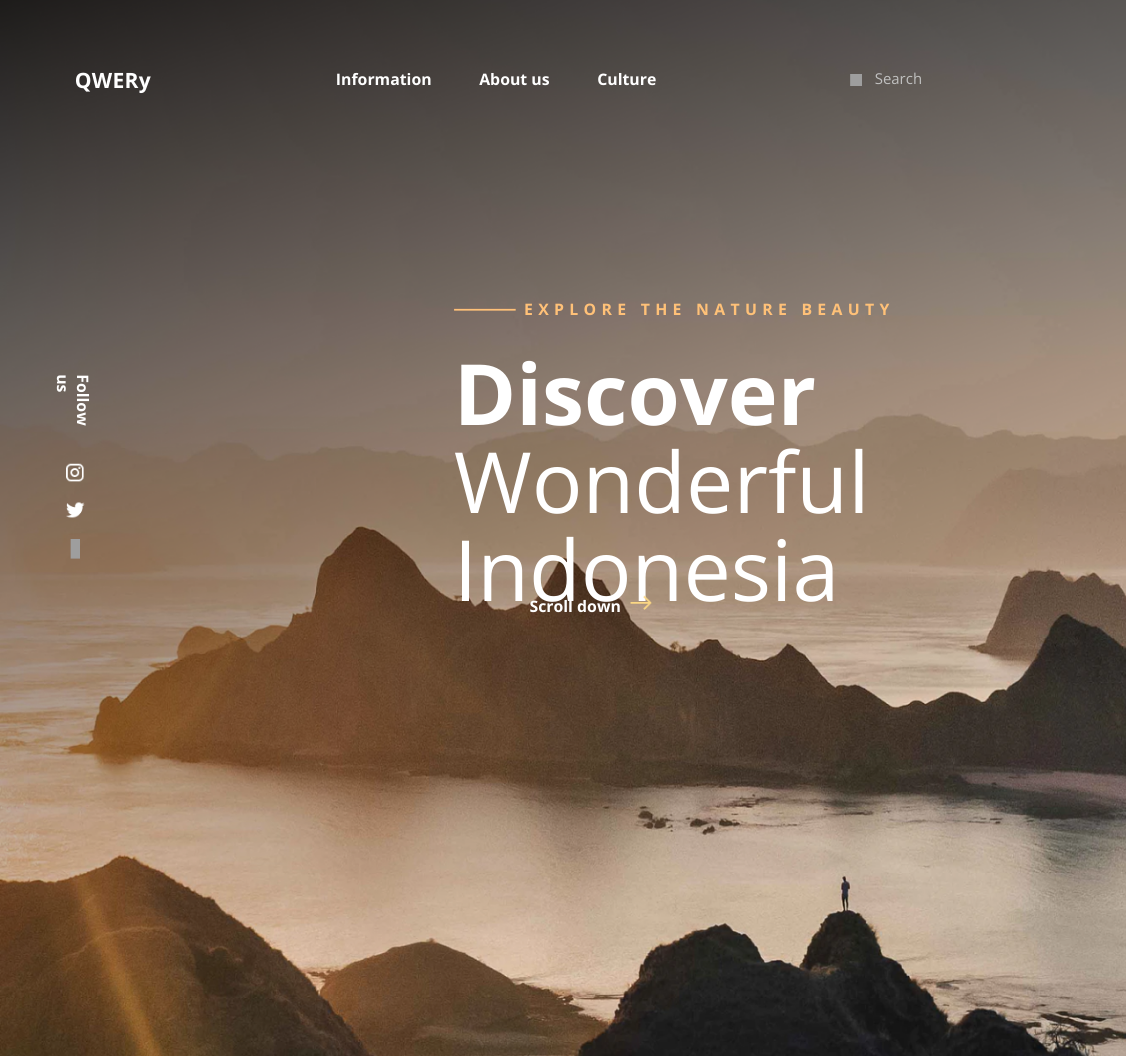
Repository: AndreyMykulych/user_home_work_Mykulych
Page: 6/index.html
An editor plug-in stored every save of this project. The page is shown before and after the next save, followed by the edit.
The browser window is 1280 px wide. The pictures show the whole page, at 88% of full size.
Pictures or frames that could not be fetched are drawn as grey boxes.

Above is the page before, as saved 2023-03-09 18:36:02.

### 6/index.html
<!DOCTYPE html>
<html lang="en">
<head>
    <meta charset="UTF-8">
    <meta http-equiv="X-UA-Compatible" content="IE=edge">
    <meta name="viewport" content="width=device-width, initial-scale=1.0">
    <title>Document</title>
    <link rel="stylesheet" href="style/normalize.css">
    <link rel="stylesheet" href="style/style.css">
    <link rel="preconnect" href="https://fonts.googleapis.com">
<link rel="preconnect" href="https://fonts.gstatic.com" crossorigin>
<link href="https://fonts.googleapis.com/css2?family=Cinzel&family=Roboto:wght@300;400&family=Zilla+Slab:wght@300&display=swap" rel="stylesheet">
<link rel="preconnect" href="https://fonts.googleapis.com">
<link rel="preconnect" href="https://fonts.gstatic.com" crossorigin>
<link href="https://fonts.googleapis.com/css2?family=Cinzel&family=Open+Sans:wght@700&family=Roboto:wght@300;400&family=Zilla+Slab:wght@300&display=swap" rel="stylesheet">
<link rel="preconnect" href="https://fonts.googleapis.com">
<link rel="preconnect" href="https://fonts.gstatic.com" crossorigin>
<link href="https://fonts.googleapis.com/css2?family=Cinzel&family=Open+Sans:ital,wght@0,700;1,600&family=Roboto:wght@300;400&family=Zilla+Slab:wght@300&display=swap" rel="stylesheet">
<link rel="preconnect" href="https://fonts.googleapis.com">
<link rel="preconnect" href="https://fonts.gstatic.com" crossorigin>
<link href="https://fonts.googleapis.com/css2?family=Cinzel&family=Open+Sans:ital,wght@0,300;0,700;1,600&family=Roboto:wght@300;400&family=Zilla+Slab:wght@300&display=swap" rel="stylesheet">
</head>
<body>
       <div class="app">
           <div class="first-block">
               <header class="head">
                   <h1>QWERy</h1>
                   <div class="menu">
                   <ul>
                       <li><a href="#">Information</a></li>
                       <li><a href="#">About us</a></li>
                       <li><a href="#">Culture</a></li>
                   </ul>
                </div>
                <div class="search_btn">
                    <img src="img/search.png" alt="search">
                    <input type="search" placeholder="Search">
                </div>
               </header>
               <section1>
                   <div class="leftbar">
                       <p>Follow us</p>
                       <img class="inst" src="img/Inst.png" alt="Inst">
                       <img class="twit" src="img/twit.png" alt="twit">
                       <img class="fb"   src="img/fb.png"   alt="fb">
                   </div>
                   <div class="discover">
                       <!-- <img src="img/line.png" alt="line"> -->
                       <p class="Explore">Explore the Nature Beauty</p>
                       <h1>Discover</h1>
                       <h2>Wonderful Indonesia</h2>
                   </div>
               </section1>
               <div class="scroll_down">
                <p>Scroll down</p>
            </div>
           </div>
       </div>
</body>
</html>

### 6/style/style.css
*{
    box-sizing: border-box;
}

.app{
    margin: 0;

}
.first-block{

    height: 1200px;
    padding: 0;
    margin-top: 0;
    background-image: url("../img/Background.png");
  background-repeat: no-repeat;
  background-size: auto;

}

.head {
    display: flex;
    margin: 0px 84px 0px 85px;
    padding-top: 58px;
    justify-content: space-between;
    align-items: center;
}
.head h1{
    font-family: 'Open Sans';
font-style: normal;
font-weight: 700;
font-size: 24px;
line-height: 33px;
letter-spacing: 0.01em;
text-transform: capitalize;
color: #FFFFFF;
}
ul li{
    list-style: none;
    display: inline-block;
    padding-right: 50px;

}
ul li a{
    font-family: 'Open Sans';
font-style: normal;
font-weight: 600;
font-size: 18px;
line-height: 25px;
color: #FFFFFF;
}
a{
    text-decoration: none;
}
.search_btn{
    display: flex;
    justify-content: space-between;
   width: 230px;
   align-items: center;
}
.search_btn img{
    width: 14px;
    height: 14px;
}
.search_btn input {
    background: transparent;
    border: none;

}
.search_btn ::placeholder {

font-family: 'Open Sans';
font-style: normal;
font-weight: 400;
font-size: 17px;
line-height: 23px;

color: #C0C0C0;
}
section1{
    display: flex;
    flex-direction: row;
    width: 100%;
  height: 230px;
  margin-top: 198px;
}
.leftbar p{
    font-size: 20px;
    transform: rotate(90deg);
}
.leftbar{
    width:90px;
    height: 250px;
    display: flex;
   flex-direction: column;
    height: 214px;
    align-items: center;
    margin-top: 100px;
     margin-left: 46px;
     justify-content: space-between;
}
.leftbar img{
    margin-left: 5px;
}
.leftbar .inst{
    width: 20px;
    height: auto;
}
.leftbar .fb{
    width: 11px;
    height: 23px;
}
.leftbar .twit{
    width: 20.92px;
    height: 17px;
}
.leftbar p{
    font-family: 'Open Sans';
font-style: normal;
font-weight: 600;
font-size: 18px;
line-height: 23px;
color: #FFFFFF;
transform: rotate(90deg);
}
.discover{
    margin-left: 396px;
    position: relative;
    margin-bottom: 0;
    padding-bottom: 0;
}
.discover p{

    display: flex;
    align-items: center;
    font-family: 'Open Sans';
font-style: normal;
font-weight: 700;
font-size: 18px;
line-height: 25px;
letter-spacing: 6px;
text-transform: uppercase;
color: #FFC178;
}

.discover p::before {
    content: "";
    display: block;
    width: 70px;
    height: 2px;
    background-image: url("../img/line.png");
    margin-right: 10px;
  }
.discover h1{
    font-family: 'Open Sans';
font-style: normal;
font-weight: 700;
font-size: 96px;
line-height: 100px;
text-transform: capitalize;
color: #FFFFFF;
flex: none;
order: 1;
flex-grow: 0;
margin-bottom: 0;
margin-top: 32px;
}
.discover h2{
    font-family: 'Open Sans';
    font-style: normal;
    font-weight: 300;
    font-size: 96px;
    line-height: 100px;
    color: #FFFFFF;
    text-transform: capitalize;
    margin:0;
}
.scroll_down{
    margin-left: 47%;
margin-top: 126px;
}
.scroll_down p{
    font-family: 'Open Sans';
font-style: normal;
font-weight: 600;
font-size: 18px;
line-height: 25px;
color: #FFFFFF;
}
.scroll_down p::after{
    position: absolute;
    display: inline-block;
    content: "";
    width: 100px;
    height: 40px;
    margin-left: 10px;
    background-image: url("../img/arrow_downward_24px.png");
    background-repeat: no-repeat;

}

Loaded but not shown: 6/style/normalize.css (library)

After the next save:
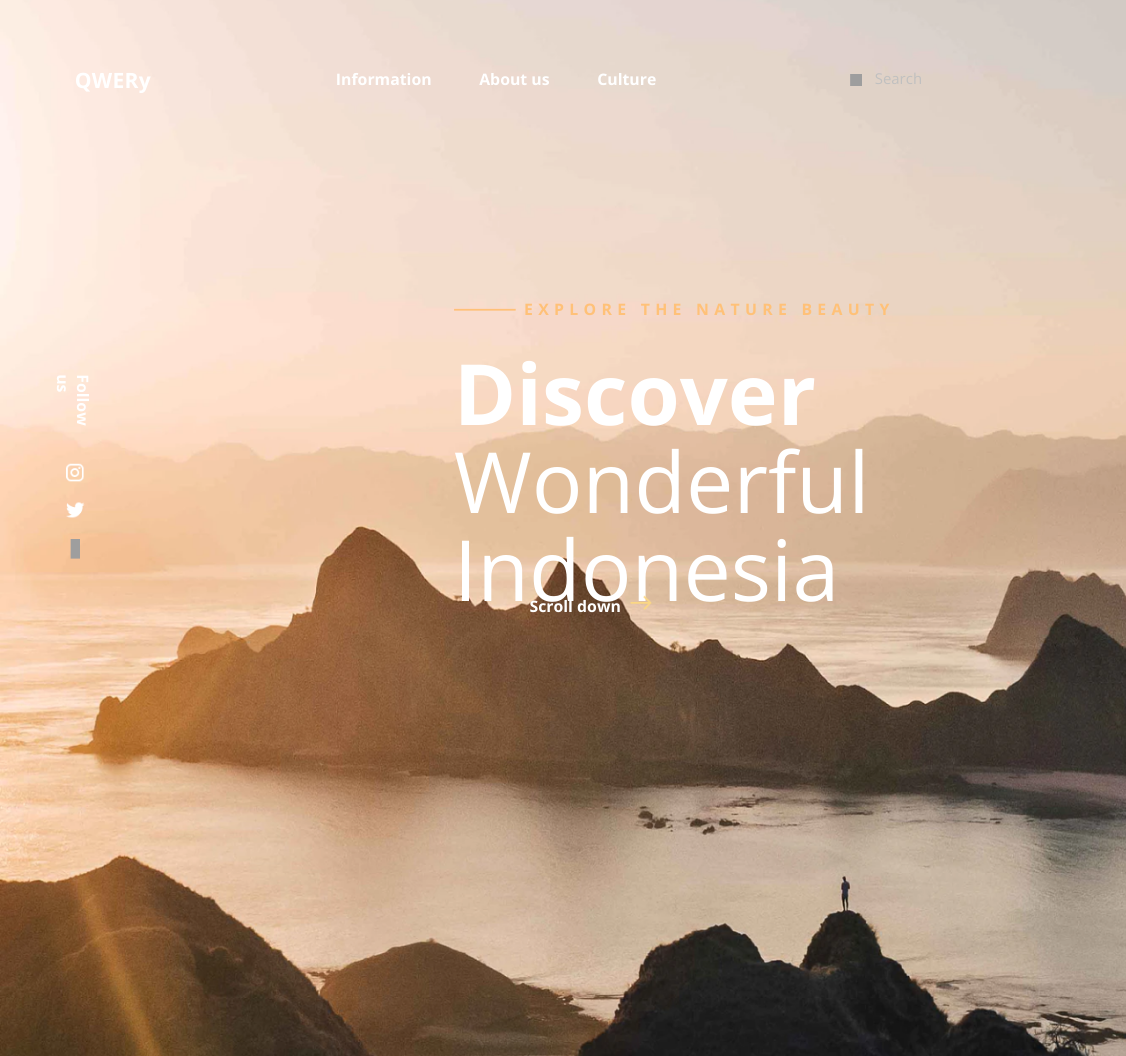
Saved 4 min 54 s later.
--- a/6/style/style.css
+++ b/6/style/style.css
@@ -11,7 +11,7 @@
     height: 1200px;
     padding: 0;
     margin-top: 0;
-    background-image: url("../img/Background.png");
+    background-image: url("../img/background1.png");
   background-repeat: no-repeat;
   background-size: auto;
 

After the save that followed:
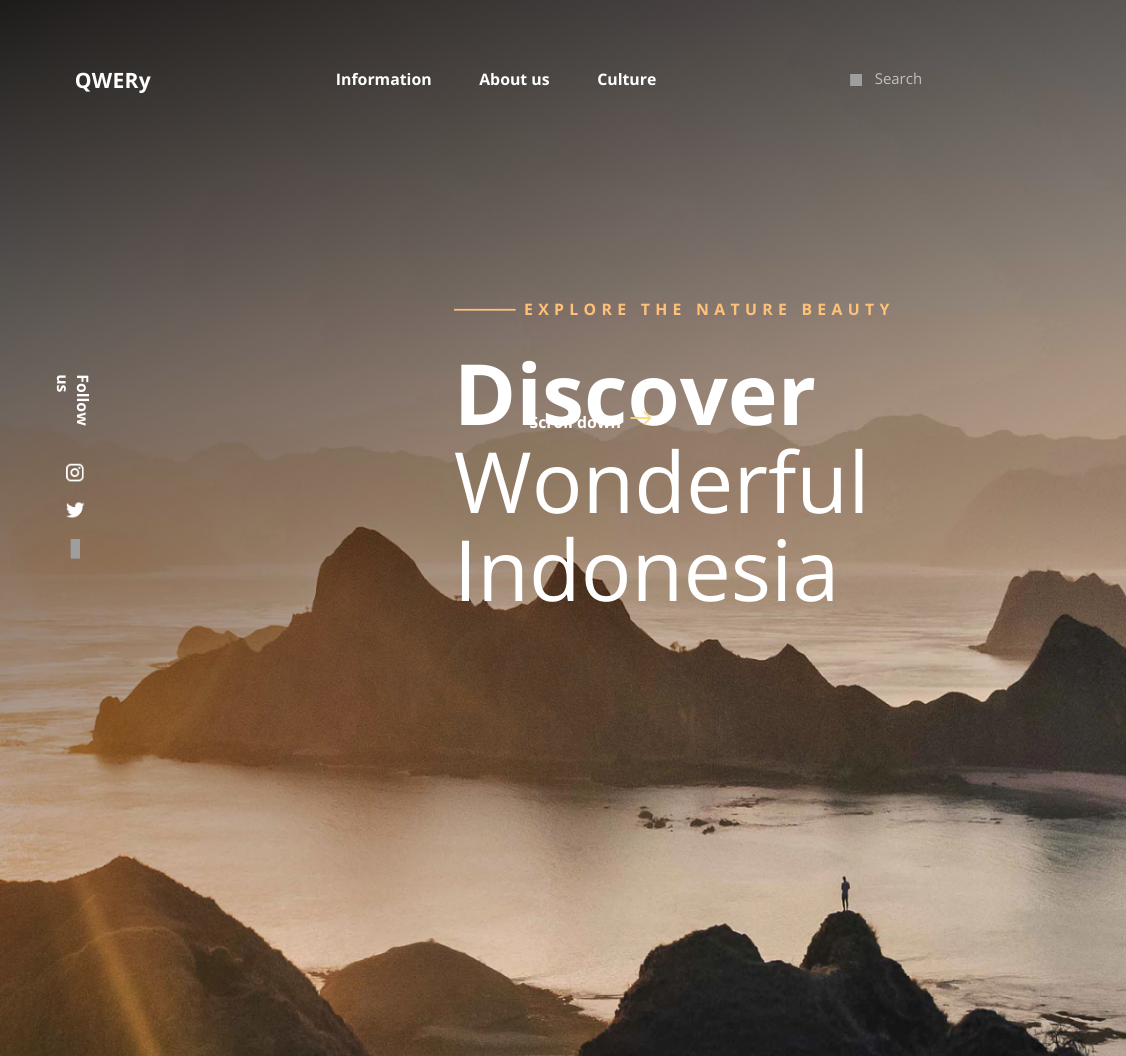
Saved 20 s later.
--- a/6/style/style.css
+++ b/6/style/style.css
@@ -11,7 +11,7 @@
     height: 1200px;
     padding: 0;
     margin-top: 0;
-    background-image: url("../img/background1.png");
+    background-image: url("../img/firstbg.png");
   background-repeat: no-repeat;
   background-size: auto;
 
@@ -80,7 +80,7 @@
     display: flex;
     flex-direction: row;
     width: 100%;
-  height: 230px;
+  height: 20px;
   margin-top: 198px;
 }
 .leftbar p{
